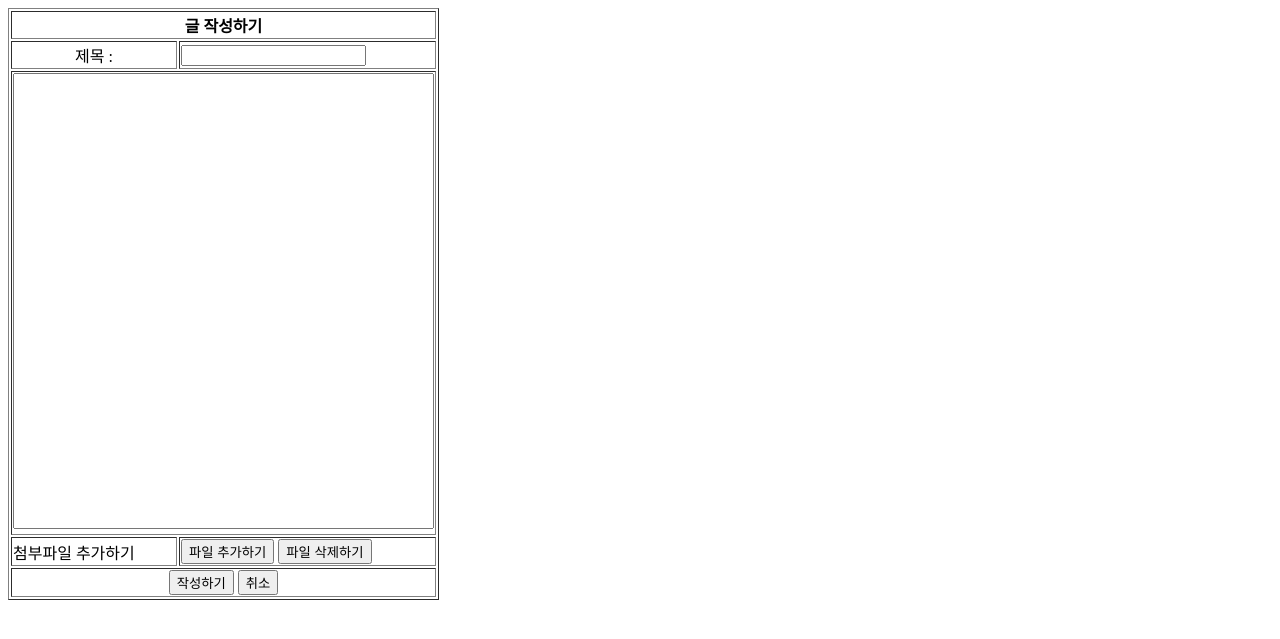
Repository: y2kim/workspace3
Page: WEB_MVC1_JSP_05_25/WebContent/borde/addbordetitle.html
These files come from the project's save history. The page is drawn as it stood at one moment and after the next save; the edit follows.
The browser window is 1280 px wide. The pictures show the whole page.

Above is the page before, as saved 2018-06-04 06:46:16.

### WEB_MVC1_JSP_05_25/WebContent/borde/addbordetitle.html
<!DOCTYPE html>
<html>
<head>
<meta charset="UTF-8">
<title>Insert title here</title>
<style>
    *{
    box-sizing: border-box;
    }
</style>
</head>
<body>

<table id="preset" style="display:none;">
	<tr name="tr_attach_file">
		<th>첨부파일</th>
		<td>
			<input type="file" name="attachFile" />
		</td>
	</tr>
</table>

<form id="borad" action="addborde.jsp" method="post" enctype="multipart/form-data" name="form1">
<table border="1">
   <tr><th colspan="5" width=400>글 작성하기</th></tr>
   <tr> <td  align="center">제목 :</td> <td colspan="4"><input type="text" id="title" name="title"></td></tr>
   <tr><td colspan="5"><textarea rows="30" cols="50" style="resize: none;" id="contents" name="contents"></textarea> </td></tr>
   <tr id="putfile" name="tr_attach_file"><td>첨부파일 추가하기</td>
		<td>
			<button  type="Button" id="addfile" >파일 추가하기</button>
			<button  type="Button" id="minfile" >파일 삭제하기</button>
		</td>
   </tr>
   <tr ><td colspan="5" style="align-content:center;" align="center" >
   <button id="done" type="button">작성하기</button>
   <button id="cancle" type="button">취소</button>
   </td></tr>
</table>
</form>
<script src="https://code.jquery.com/jquery-3.3.1.js"></script>
 <script >

   document.getElementById("done").onclick = function(){
	   document.getElementById("borad").submit();
   }
    document.getElementById("cancle").onclick = function(){
       location.href="../BorderList.jsp";
    }

    files = 0;
    $("#addfile").click(function(){
 	   files++;
 	   if(files > 5){
 		   alert("5개 이상 추가 하실수 없습니다");

 	   }else{
 	    $('[name=form1] [name=tr_attach_file]:last').after($('#preset tr').clone);

 	   }


      });


    $("#minfile").click(function(){
  	   if(files < 0){
  		 alert("없앨수 없는 파일이  없습니다.");

  	   }else{
  		 var objTo = $("#fileid"+files)
  		  objTo.remove();
        }
  	   files--;
     });

 </script>
</body>
</html>

After the next save:
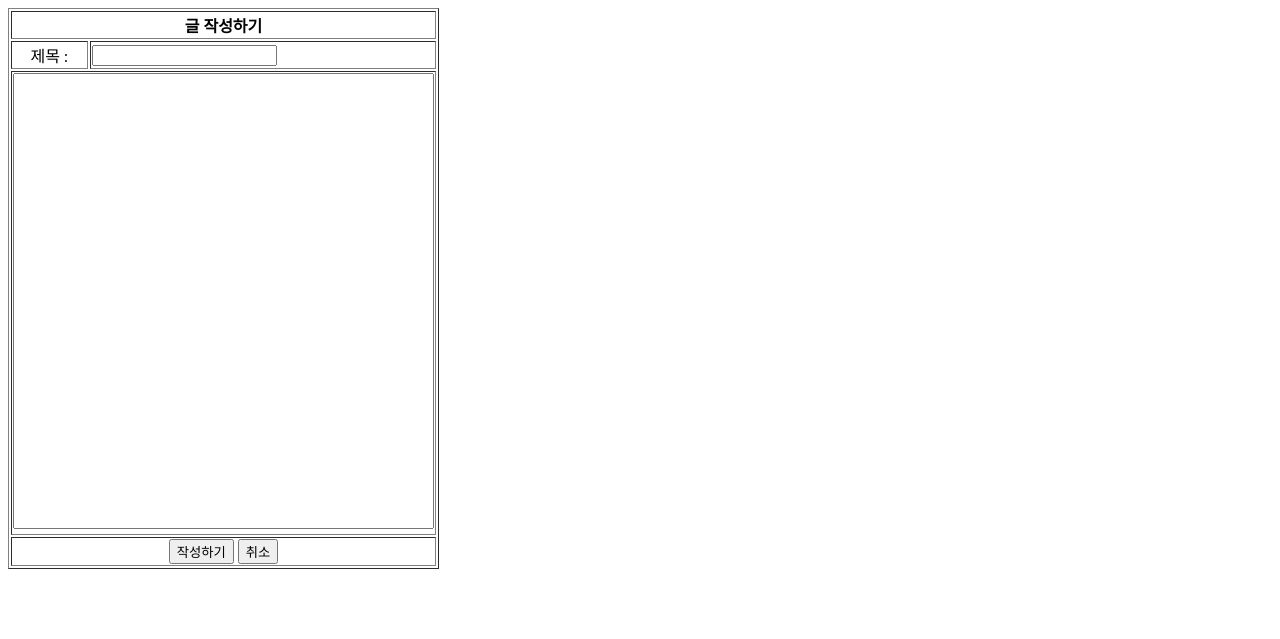
Saved 41 s later.
--- a/WEB_MVC1_JSP_05_25/WebContent/borde/addbordetitle.html
+++ b/WEB_MVC1_JSP_05_25/WebContent/borde/addbordetitle.html
@@ -25,12 +25,12 @@
    <tr><th colspan="5" width=400>글 작성하기</th></tr>
    <tr> <td  align="center">제목 :</td> <td colspan="4"><input type="text" id="title" name="title"></td></tr>
    <tr><td colspan="5"><textarea rows="30" cols="50" style="resize: none;" id="contents" name="contents"></textarea> </td></tr>
-   <tr id="putfile" name="tr_attach_file"><td>첨부파일 추가하기</td>
+  <!--   <tr id="putfile" name="tr_attach_file"><td>첨부파일 추가하기</td>
 		<td>
 			<button  type="Button" id="addfile" >파일 추가하기</button>
 			<button  type="Button" id="minfile" >파일 삭제하기</button>
 		</td>
-   </tr>
+   </tr>-->
    <tr ><td colspan="5" style="align-content:center;" align="center" >
    <button id="done" type="button">작성하기</button>
    <button id="cancle" type="button">취소</button>
